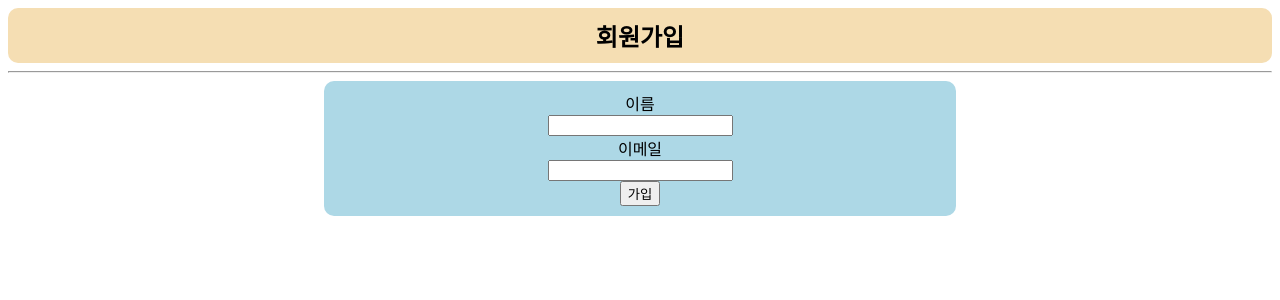
Repository: ineble/demo1
Page: test/src/main/webapp/ch03/regfrom1.html
The author's editor kept a copy of each file at every save. The page is drawn from the files as they stood at one save, then again after the next save.
The browser window is 1280 px wide. The pictures show the whole page.

Above is the page before, as saved 2022-08-03 01:22:38.

After the next save:
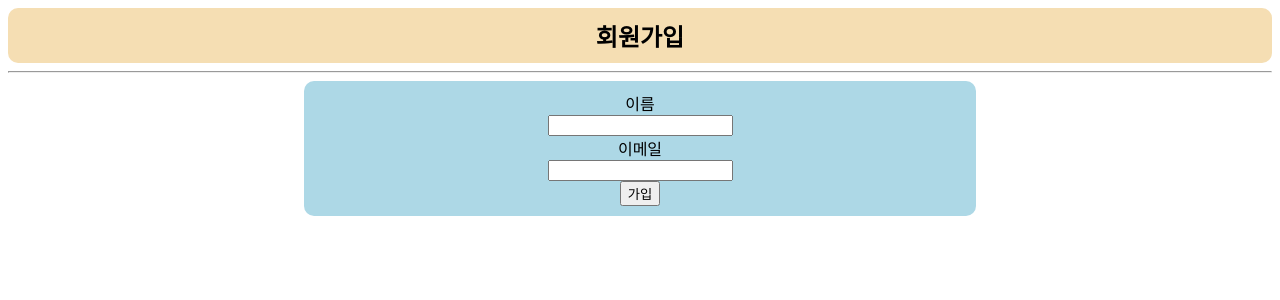
Saved 20 s later.
--- a/test/src/main/webapp/ch03/regfrom1.html
+++ b/test/src/main/webapp/ch03/regfrom1.html
@@ -15,7 +15,7 @@
 	#regform{
 		text-align : center;
 		width : 50%;
-		padding : 10px 0px;
+		padding : 10px 20px;
 		margin : auto;
 		background-color: lightblue;
 		border-radius : 10px;
